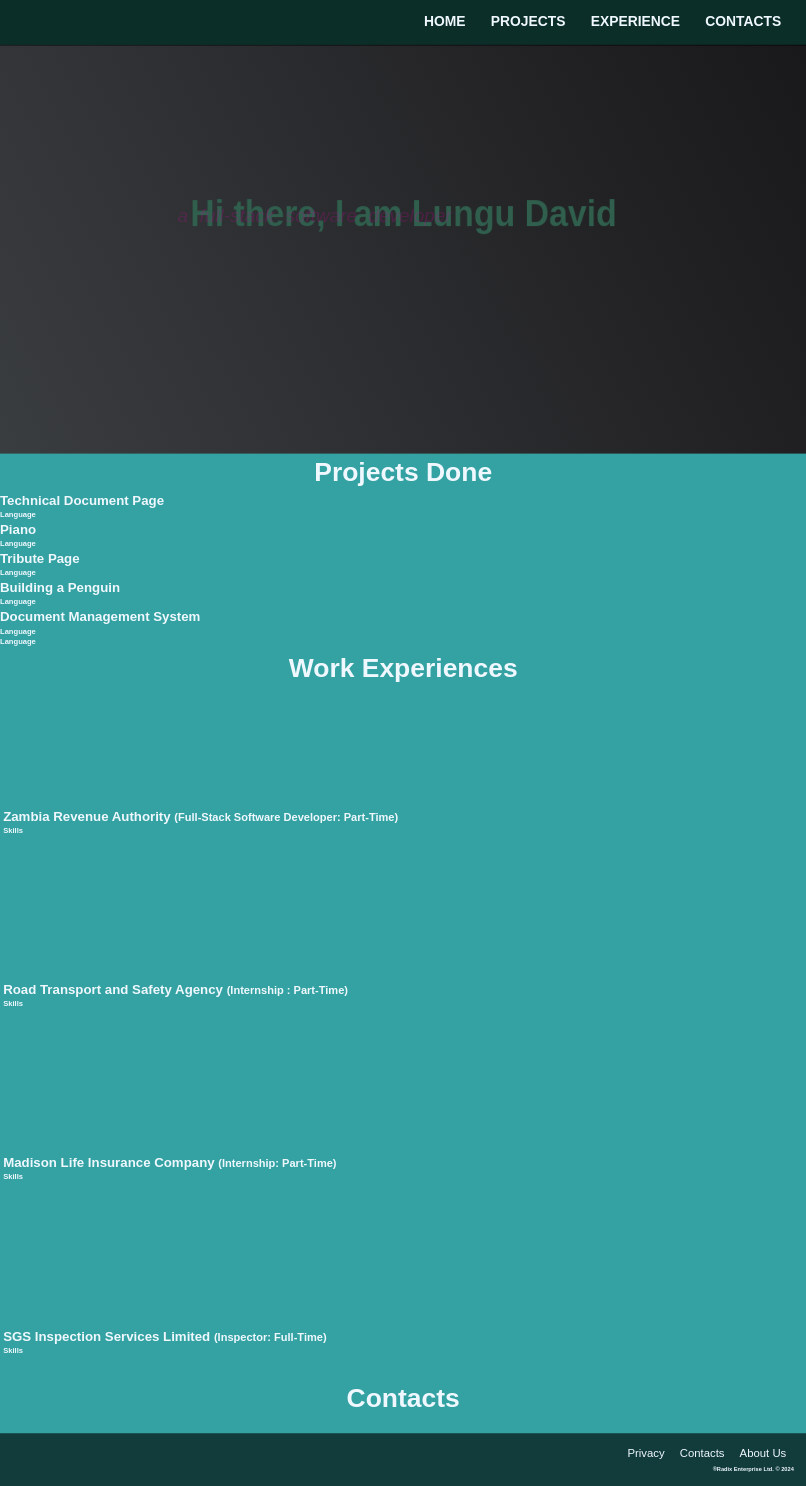
Repository: Lungdjos/personal_portifolio
Page: html/index.html
The author's editor kept a copy of each file at every save. The page is drawn from the files as they stood at one save, then again after the next save.
The browser window is 1280 px wide. The pictures show the whole page, at 63% of full size.

Above is the page before, as saved 2024-02-02 19:40:06.

### html/index.html
<!DOCTYPE html>
<html lang="en">

<head>
    <meta charset="UTF-8">
    <meta name="viewport" content="width=device-width, initial-scale=1.0">
    <title>Personal Portifolio</title>
    <link rel="stylesheet" href="/css/styles.css">
</head>

<body>
    <header class="header">
        <nav id="navbar">
            <ul class="nav-list">
                <li><a href="#Home" class="nav-link"><i class=""></i>Home</a></li>
                <li>
                    <a href="#Projects" class="nav-link"> <i class=""></i>Projects</a>
                </li>
                <li>
                    <a href="#Work-Experience" class="nav-link"> <i class=""></i>Experience</a>
                </li>
                <li><a href="#Contacts" class="nav-link"><i class=""></i>Contacts</a></li>
            </ul>
        </nav>
    </header>
    <main class="m-3">
        <div id="spacer"></div>
        <section class="home" id="Home">
            <div id="welcome-section">
                <h1 id="title">Hi there, I am Lungu David</h1>
                <p id="sub-title"><span>a</span> <span>full-stack</span> <span>software</span> <span>developer</span></p>
            </div>
        </section>

        <div id="spacer"></div>
        <section class="project-section" id="Projects">
            <h2>Projects Done</h2>
            <div class="grid">
                <div class="projects">
                    <h3>Technical Document Page</h3>
                    <h6 class="language">Language</h6>
                    <p>
                        <ul>
                            <li></li>
                        </ul>
                    </p>
                </div>
                <div class="projects">
                    <h3>Piano</h3>
                    <h6 class="language">Language</h6>
                    <p>
                        <ul>
                            <li></li>
                        </ul>
                    </p>
                </div>
                <div class="projects">
                    <h3>Tribute Page</h3>
                    <h6 class="language">Language</h6>
                    <p>
                        <ul>
                            <li></li>
                        </ul>
                    </p>
                </div>
                <div class="projects">
                    <h3>Building a Penguin</h3>
                    <h6 class="language">Language</h6>
                    <p>
                        <ul>
                            <li></li>
                        </ul>
                    </p>
                </div>
                <div class="projects">
                    <h3>Document Management System</h3>
                    <h6 class="language">Language</h6>
                    <p>
                        <ul>
                            <li></li>
                        </ul>
                    </p>
                </div>
                <div class="projects">
                    <h3></h3>
                    <h6 class="language">Language</h6>
                    <p>
                        <ul>
                            <li></li>
                        </ul>
                    </p>
                </div>
            </div>
        </section>
        <div id="spacer"></div>
        <section class="" id="Work-Experience">
            <h2>Work Experiences</h2>
            <div id="grid">
                <div id="icon"></div>
                <div class="experience">
                    <h3>Zambia Revenue Authority <small>(Full-Stack Software Developer: Part-Time)</small></h3>
                    <h6 class="skills">Skills</h6>
                    <p>
                        <ul>
                            <li></li>
                            <li></li>
                            <li></li>
                            <li></li>
                        </ul>
                    </p>
                </div>
            </div>

            <div id="grid">
                <div id="icon"></div>
                <div class="experience">
                    <h3>Road Transport and Safety Agency <small>(Internship : Part-Time)</small></h3>
                    <h6 class="skills">Skills</h6>
                    <p>
                        <ul>
                            <li></li>
                            <li></li>
                            <li></li>
                            <li></li>
                        </ul>
                    </p>
                </div>
            </div>

            <div id="grid">
                <div id="icon"></div>
                <div class="experience">
                    <h3>Madison Life Insurance Company <small>(Internship: Part-Time)</small></h3>
                    <h6 class="skills">Skills</h6>
                    <p>
                        <ul>
                            <li></li>
                            <li></li>
                            <li></li>
                            <li></li>
                        </ul>
                    </p>
                </div>
            </div>

            <div id="grid">
                <div id="icon"></div>
                <div class="experience">
                    <h3>SGS Inspection Services Limited <small>(Inspector: Full-Time)</small></h3>
                    <h6 class="skills">Skills</h6>
                    <p>
                        <ul>
                            <li></li>
                            <li></li>
                            <li></li>
                            <li></li>
                        </ul>
                    </p>
                </div>
            </div>
        </section>
        <div id="spacer"></div>
        <section class="contact" id="Contacts">
            <h2>Contacts</h2>
        </section>
    </main>
    <footer>
        <ul>
            <li><a href="">Privacy</a></li>
            <li><a href="">Contacts</a></li>
            <li><a href="">About Us</a></li>
        </ul>
        <span>&REG;Radix Enterprise Ltd. &copy; 2024</span>
    </footer>
</body>

</html>

### css/styles.css
/** STYLING FOR THE PORTIFOLIO **/


/* the root selector */

:root {
    /* colors */
    --main-col: aliceblue;
    --bc-1: #34a2a2;
    --bc-2: #0b2e28;
    --bc-3: #123b3b;
    --bc-4: #45567d;
    /* values */
}

html {
    font-size: 62.5%;
    box-sizing: border-box;
    scroll-behavior: smooth;
}

* {
    margin: 0;
    padding: 0;
}


/* box-sizing and font sizing */

*,
*::before,
*::after {
    box-sizing: inherit;
}


/* body styling */

body {
    font-family: 'Poppins', sans-serif;
    font-size: 1.8rem;
    font-weight: 400;
    line-height: 1.4;
    color: var(--main-col);
    background-color: var(--bc-1);
}


/* headings styling */

h1,
h2 {
    font-family: 'Raleway', sans-serif;
    font-weight: 600;
    text-align: center;
}

h1 {
    font-size: 6rem;
}

h2 {
    font-size: 4.2rem;
}


/* List and anchor styling */

ul {
    list-style: none;
}

a {
    color: var(--main-col);
    text-decoration: none;
}

img {
    display: block;
    width: 100%;
}


/* nav bar styling */

nav {
    font-weight: 600;
}

.header {
    display: flex;
    justify-content: flex-end;
    position: fixed;
    top: 0;
    left: 0;
    width: 100%;
    box-shadow: 0 2px 0 rgba(0, 0, 0, 0.4);
    z-index: 10;
    background-color: var(--bc-2);
}

nav>ul {
    display: flex;
    margin-right: 2rem;
    text-transform: uppercase;
}

.nav-list a {
    display: block;
    font-size: 2.2rem;
    padding: 2rem;
}

.nav-list a:hover {
    background: var(--bc-4);
}


/* body tyling */

#spacer {
    max-width: 1000px;
    width: 100%;
    margin: 0 auto;
}

main>li {
    list-style-type: disc;
}


/* Styling or the Home Page */

.home {
    width: 100%;
    height: 100vh;
    display: flex;
    flex-direction: column;
    justify-content: center;
    align-items: center;
    background: inherit;
    background-image: linear-gradient(62deg, #3a3d40 0%, #181719 100%);
}

#welcome-section>p {
    font-size: 3rem;
    font-weight: 200;
    font-style: italic;
    color: #d0a;
}

#title {
    transform-origin: center;
    animation: rotateAndChangeColor 14s infinite ease-in-out;
}

#sub-title {
    text-indent: 10px;
}

#sub-title span {
    display: inline-block;
    animation: fallAnimation 4s infinite ease-in-out forwards;
}


/* Work Experience */

#Work-Experience {
    margin-top: 5px;
}

#Work-Experience #icon {
    display: flex;
    flex-direction: column;
    justify-content: center;
    height: 150px;
    width: 20vw;
}

#Work-Experience .experience {
    display: flex;
    flex-direction: column;
    justify-content: center;
    height: 125px;
    width: 80vw;
    padding: 5px;
}


/* footer styling */

footer {
    margin-top: 25px;
    padding: 20px;
    width: 100%;
    background-color: var(--bc-3);
}

footer>ul {
    display: flex;
    justify-content: flex-end;
}

footer>ul>li {
    padding: 0 12px;
}

footer>span {
    display: flex;
    justify-content: flex-end;
    margin-top: 6px;
    font-size: .9rem;
    font-weight: bold;
}


/* ANIMATIONS AND EFFECTS */


/* Welcome Page Animations */

@keyframes rotateAndChangeColor {
    0% {
        transform: rotateY(0deg);
        color: #333;
    }
    30% {
        transform: rotateY(360deg);
        color: #2e604a;
    }
    60% {
        transform: rotate(0deg);
        color: #45567d;
    }
    90% {
        transform: rotate(360deg);
        color: #ff6347;
    }
}

@keyframes fallAnimation {
    0% {
        transform: translateY(-60px);
        opacity: 0;
    }
    50% {
        transform: translateY(-60px);
        opacity: 0.4;
    }
    100% {
        transform: translateY(0);
        opacity: 1;
    }
}


/* STYLING FOR SMALL DEVICES */


/* 1200px / 16px = 75em */

@media (max-width: 75em) {
    html {
        font-size: 60%;
    }
}


/* 980px / 16px = 61.25em */

@media (max-width: 61.25em) {
    html {
        font-size: 58%;
    }
}


/* 460px / 16px = 28.75em */

@media (max-width: 28.75em) {
    html {
        font-size: 55%;
    }
}


/* nav bar media queries */

@media (max-width: 28.75em) {
    #navbar {
        justify-content: center;
    }
    .nav-list {
        margin: 0 1rem;
    }
}

After the next save:
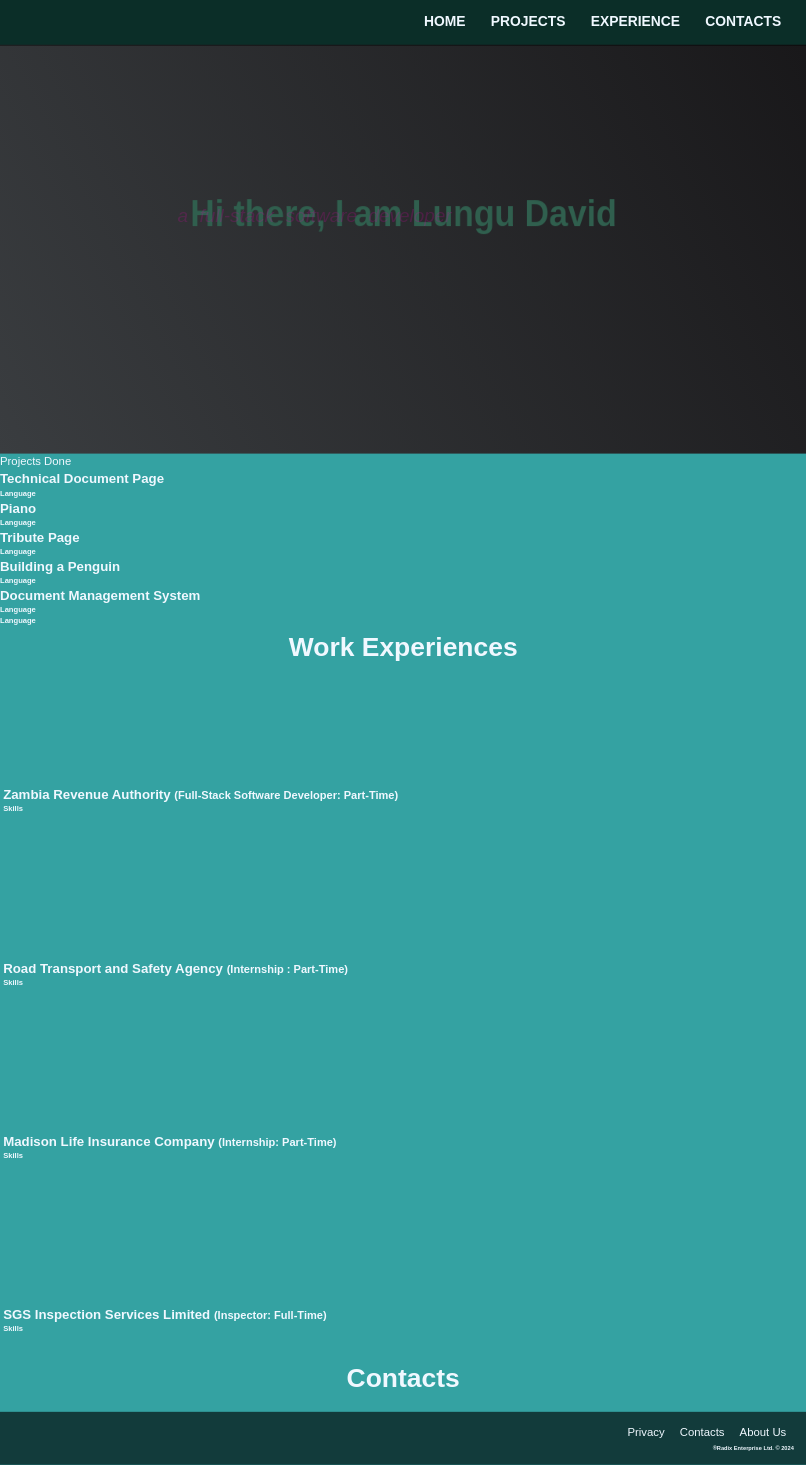
Saved 38 s later.
--- a/html/index.html
+++ b/html/index.html
@@ -34,63 +34,63 @@
 
         <div id="spacer"></div>
         <section class="project-section" id="Projects">
-            <h2>Projects Done</h2>
-            <div class="grid">
-                <div class="projects">
-                    <h3>Technical Document Page</h3>
-                    <h6 class="language">Language</h6>
-                    <p>
-                        <ul>
-                            <li></li>
-                        </ul>
-                    </p>
+            <h2id>Projects Done</h2>
+                <div class="grid">
+                    <div class="projects">
+                        <h3>Technical Document Page</h3>
+                        <h6 class="language">Language</h6>
+                        <p>
+                            <ul>
+                                <li></li>
+                            </ul>
+                        </p>
+                    </div>
+                    <div class="projects">
+                        <h3>Piano</h3>
+                        <h6 class="language">Language</h6>
+                        <p>
+                            <ul>
+                                <li></li>
+                            </ul>
+                        </p>
+                    </div>
+                    <div class="projects">
+                        <h3>Tribute Page</h3>
+                        <h6 class="language">Language</h6>
+                        <p>
+                            <ul>
+                                <li></li>
+                            </ul>
+                        </p>
+                    </div>
+                    <div class="projects">
+                        <h3>Building a Penguin</h3>
+                        <h6 class="language">Language</h6>
+                        <p>
+                            <ul>
+                                <li></li>
+                            </ul>
+                        </p>
+                    </div>
+                    <div class="projects">
+                        <h3>Document Management System</h3>
+                        <h6 class="language">Language</h6>
+                        <p>
+                            <ul>
+                                <li></li>
+                            </ul>
+                        </p>
+                    </div>
+                    <div class="projects">
+                        <h3></h3>
+                        <h6 class="language">Language</h6>
+                        <p>
+                            <ul>
+                                <li></li>
+                            </ul>
+                        </p>
+                    </div>
                 </div>
-                <div class="projects">
-                    <h3>Piano</h3>
-                    <h6 class="language">Language</h6>
-                    <p>
-                        <ul>
-                            <li></li>
-                        </ul>
-                    </p>
-                </div>
-                <div class="projects">
-                    <h3>Tribute Page</h3>
-                    <h6 class="language">Language</h6>
-                    <p>
-                        <ul>
-                            <li></li>
-                        </ul>
-                    </p>
-                </div>
-                <div class="projects">
-                    <h3>Building a Penguin</h3>
-                    <h6 class="language">Language</h6>
-                    <p>
-                        <ul>
-                            <li></li>
-                        </ul>
-                    </p>
-                </div>
-                <div class="projects">
-                    <h3>Document Management System</h3>
-                    <h6 class="language">Language</h6>
-                    <p>
-                        <ul>
-                            <li></li>
-                        </ul>
-                    </p>
-                </div>
-                <div class="projects">
-                    <h3></h3>
-                    <h6 class="language">Language</h6>
-                    <p>
-                        <ul>
-                            <li></li>
-                        </ul>
-                    </p>
-                </div>
-            </div>
         </section>
         <div id="spacer"></div>
         <section class="" id="Work-Experience">

After the 3 saves that followed:
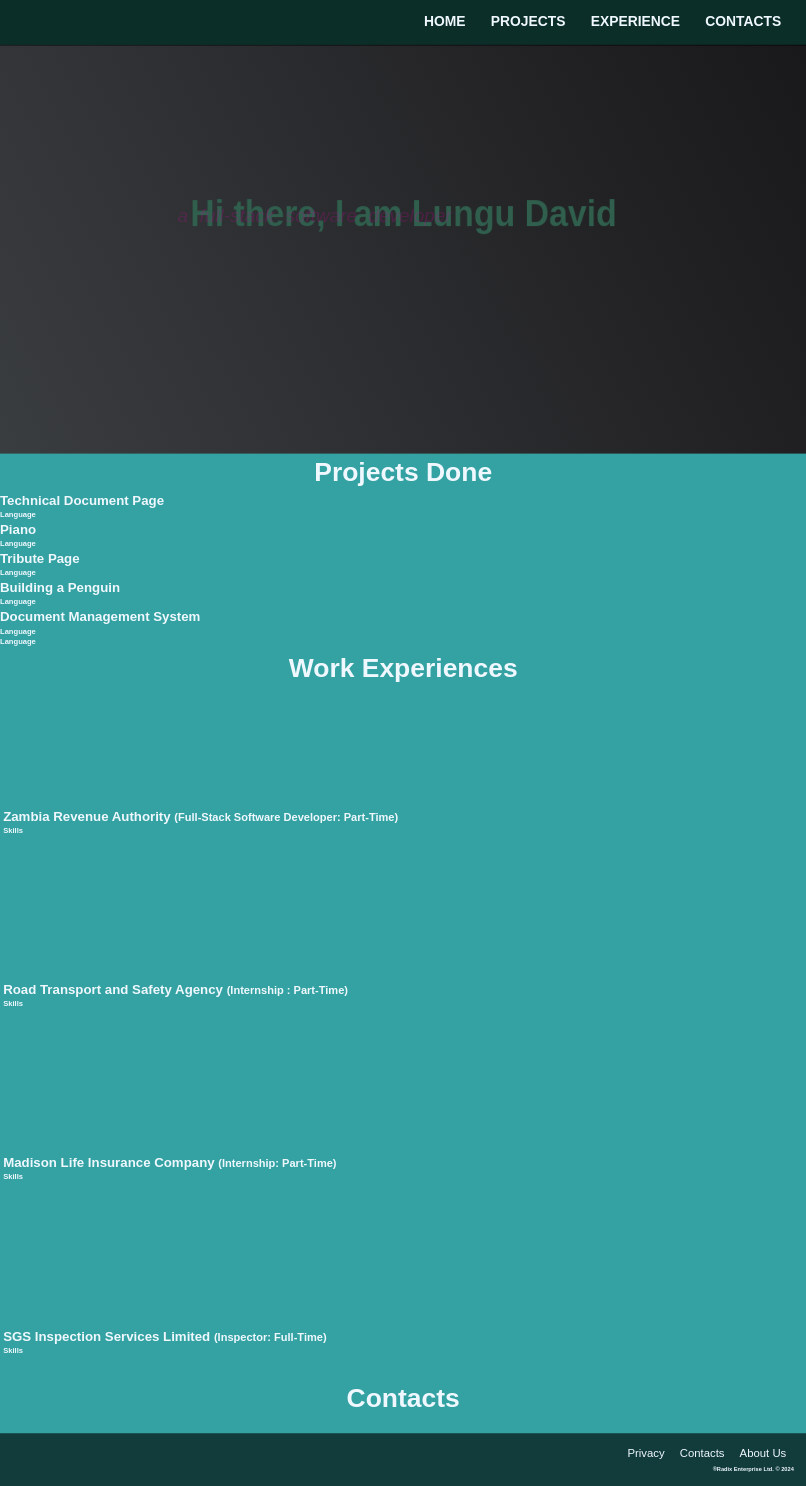
The 3 saves are shown as one change because 1 left the picture as it was and some came seconds apart.
The last was saved 10 s later.
--- a/html/index.html
+++ b/html/index.html
@@ -34,63 +34,63 @@
 
         <div id="spacer"></div>
         <section class="project-section" id="Projects">
-            <h2id>Projects Done</h2>
-                <div class="grid">
-                    <div class="projects">
-                        <h3>Technical Document Page</h3>
-                        <h6 class="language">Language</h6>
-                        <p>
-                            <ul>
-                                <li></li>
-                            </ul>
-                        </p>
-                    </div>
-                    <div class="projects">
-                        <h3>Piano</h3>
-                        <h6 class="language">Language</h6>
-                        <p>
-                            <ul>
-                                <li></li>
-                            </ul>
-                        </p>
-                    </div>
-                    <div class="projects">
-                        <h3>Tribute Page</h3>
-                        <h6 class="language">Language</h6>
-                        <p>
-                            <ul>
-                                <li></li>
-                            </ul>
-                        </p>
-                    </div>
-                    <div class="projects">
-                        <h3>Building a Penguin</h3>
-                        <h6 class="language">Language</h6>
-                        <p>
-                            <ul>
-                                <li></li>
-                            </ul>
-                        </p>
-                    </div>
-                    <div class="projects">
-                        <h3>Document Management System</h3>
-                        <h6 class="language">Language</h6>
-                        <p>
-                            <ul>
-                                <li></li>
-                            </ul>
-                        </p>
-                    </div>
-                    <div class="projects">
-                        <h3></h3>
-                        <h6 class="language">Language</h6>
-                        <p>
-                            <ul>
-                                <li></li>
-                            </ul>
-                        </p>
-                    </div>
+            <h2 id=>Projects Done</h2>
+            <div class="grid">
+                <div class="projects">
+                    <h3>Technical Document Page</h3>
+                    <h6 class="language">Language</h6>
+                    <p>
+                        <ul>
+                            <li></li>
+                        </ul>
+                    </p>
                 </div>
+                <div class="projects">
+                    <h3>Piano</h3>
+                    <h6 class="language">Language</h6>
+                    <p>
+                        <ul>
+                            <li></li>
+                        </ul>
+                    </p>
+                </div>
+                <div class="projects">
+                    <h3>Tribute Page</h3>
+                    <h6 class="language">Language</h6>
+                    <p>
+                        <ul>
+                            <li></li>
+                        </ul>
+                    </p>
+                </div>
+                <div class="projects">
+                    <h3>Building a Penguin</h3>
+                    <h6 class="language">Language</h6>
+                    <p>
+                        <ul>
+                            <li></li>
+                        </ul>
+                    </p>
+                </div>
+                <div class="projects">
+                    <h3>Document Management System</h3>
+                    <h6 class="language">Language</h6>
+                    <p>
+                        <ul>
+                            <li></li>
+                        </ul>
+                    </p>
+                </div>
+                <div class="projects">
+                    <h3></h3>
+                    <h6 class="language">Language</h6>
+                    <p>
+                        <ul>
+                            <li></li>
+                        </ul>
+                    </p>
+                </div>
+            </div>
         </section>
         <div id="spacer"></div>
         <section class="" id="Work-Experience">
